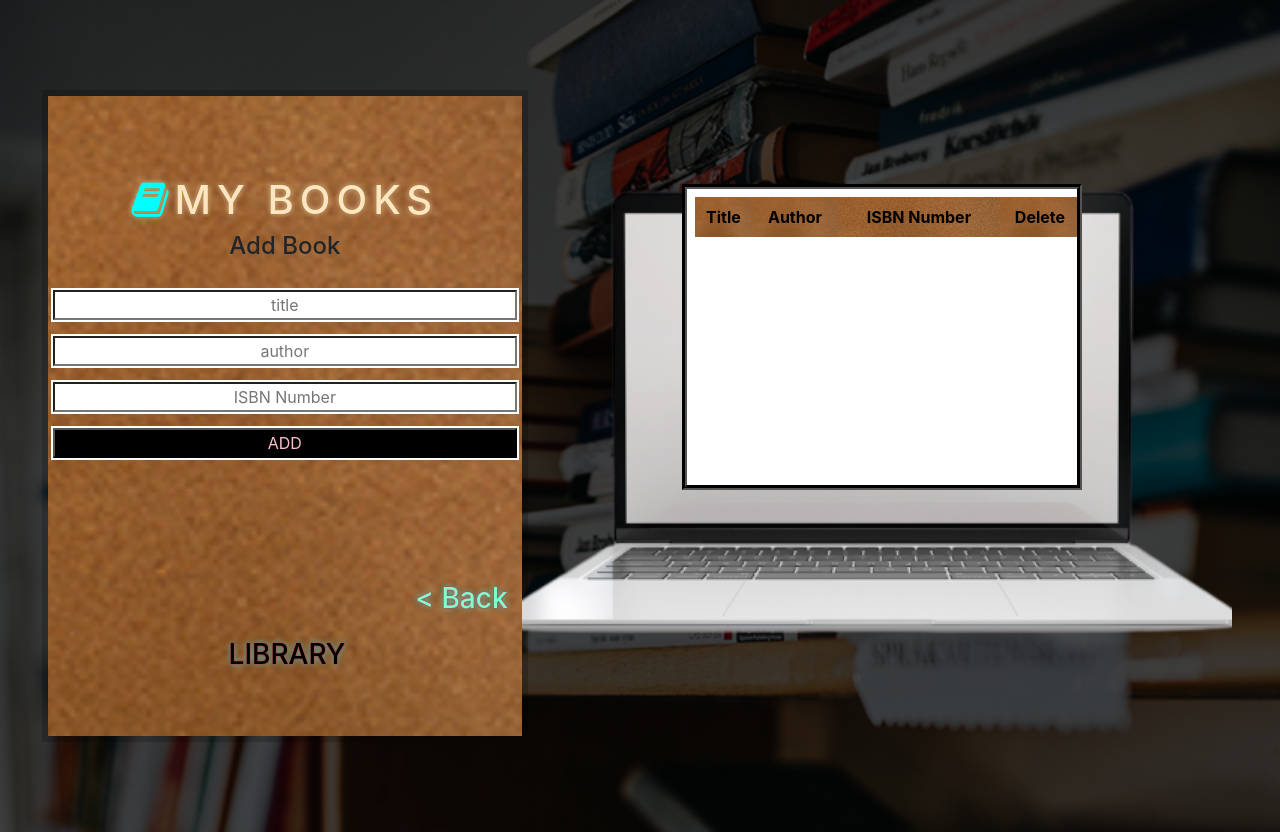
Repository: CSituma/Home-Library-App
Page: libu.html
These files come from the project's save history. The page is drawn as it stood at one moment and after the next save; the edit follows.
The browser window is 1280 px wide. The pictures show the whole page.
Backgrounds fixed to the window are drawn as part of the page. Some web libraries are served in a nearby version.

Above is the page before, as saved 2020-11-10 21:34:07.

After the next save:
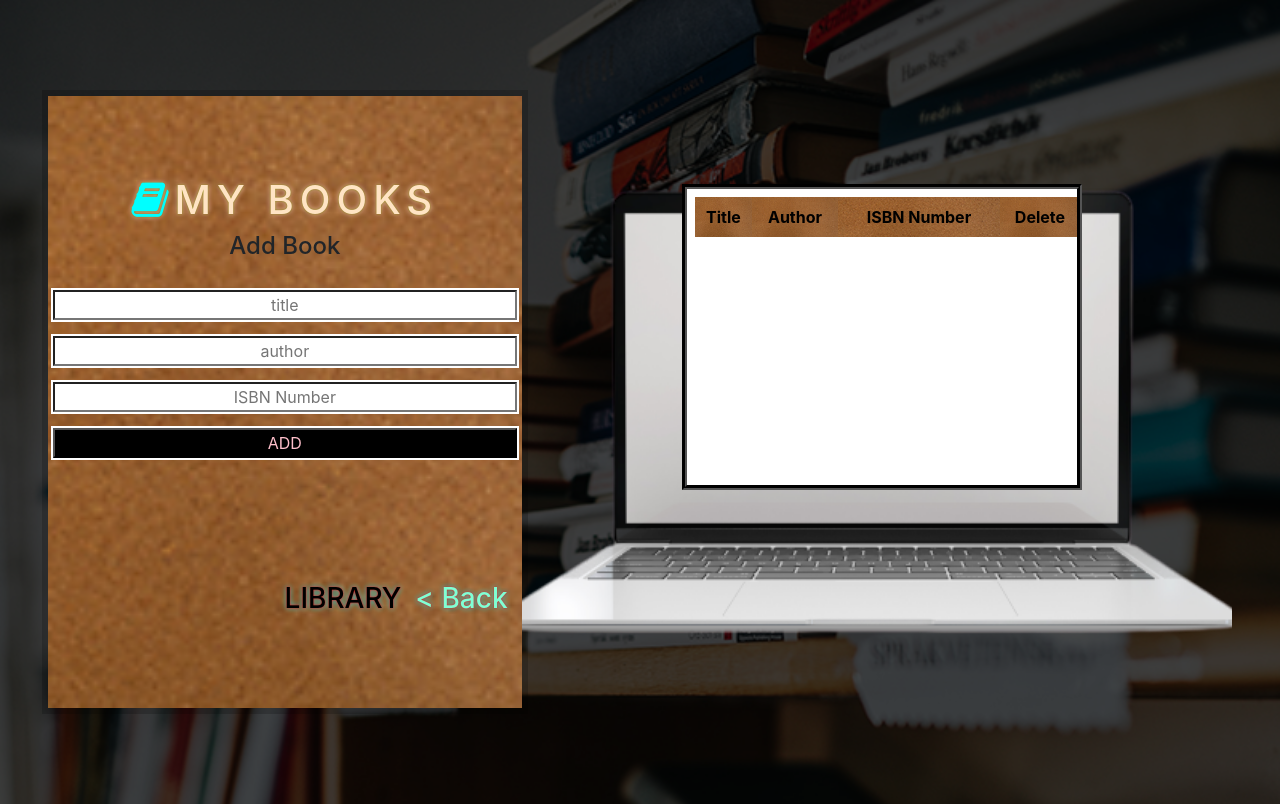
Saved 13 s later.
--- a/style.css
+++ b/style.css
@@ -174,7 +174,7 @@ form input {
 #libur a{
  float: left;
  margin-left: 0;
- margin: 2em;
+ margin-left: 2em;
   color:black;
 }
 @media screen and (max-width:1000px) {
